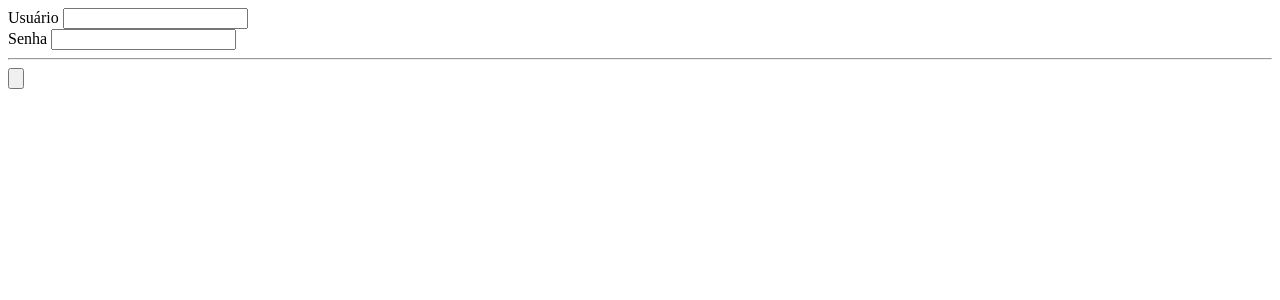
Repository: the-felipe/interfaceApiLivraria
Page: login.html
An editor plug-in stored every save of this project. The page is shown before and after a run of saves, followed by the edit.
The browser window is 1280 px wide. The pictures show the whole page.

Above is the page before, as saved 2023-07-20 20:46:44.

### login.html
<!DOCTYPE html>
<html lang="en">
<head>
    <meta charset="UTF-8">
    <meta name="viewport" content="width=device-width, initial-scale=1.0">
    <title>Login</title>

    <script src="token.js"></script>
</head>
<body>

    <form id="form" action="">
        <label for="username">Usuário</label>
        <input type="text" name="username" id="username">

        <br>

        <label for="password">Senha</label>
        <input type="password" name="password" id="password">

        <hr>

        <input type="submit" value="">
    </form>

</body>
</html>

### token.js
// salva o token no armazenamento local
function salvarToken(token) {
    localStorage.setItem("TOKEN", JSON.stringify(token))
}

// pega o token de volta
function pegarToken() {
    return JSON.parse(localStorage.getItem("TOKEN"))
}

// faz uma requisição GET pra URL usando o token
function getAutenticado(url) {
    const token = pegarToken()

    return fetch(url, {
        headers: {
            "Authorization": `Bearer ${token.access}`
        }
    })
}

// faz uma requisição POST pra URL usando o token
function postAutenticado(url, body) {
    const token = pegarToken()

    return fetch(url, {
        body: JSON.stringify(body),
        method: "POST",
        headers: {
            "Content-Type": "application/json",
            "Authorization": `Bearer ${token.access}`
        }
    })
}

// faz uma requisição PATCH pra URL usando o token
function patchAutenticado(url, body) {
    const token = pegarToken()

    return fetch(url, {
        body: JSON.stringify(body),
        method: "PATCH",
        headers: {
            "Content-Type": "application/json",
            "Authorization": `Bearer ${token.access}`
        }
    })
}

// faz uma requisição DELETE pra URL usando o token
function deleteAutenticado(url) {
    const token = pegarToken()

    return fetch(url, {
        method: "DELETE",
        headers: {
            "Authorization": `Bearer ${token.access}`
        }
    })
}

After the next 2 saves:
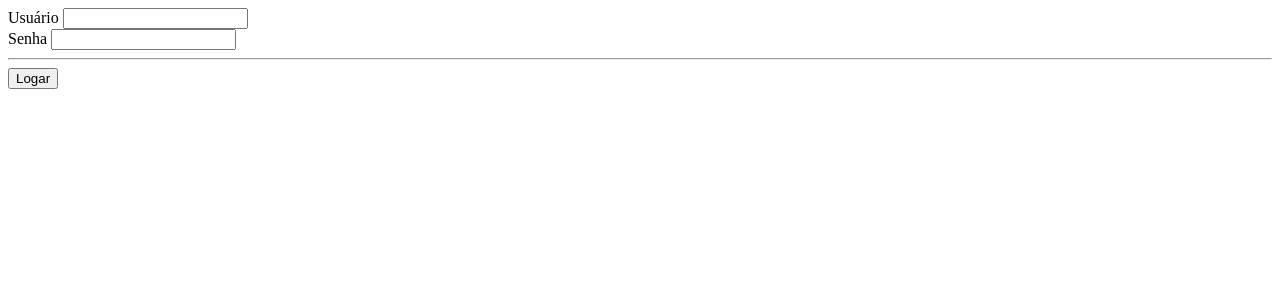
Console error: SyntaxError: Identifier 'form' has already been declared
The 2 saves are shown as one change because they came seconds apart.
The last was saved 17 s later.
--- a/login.html
+++ b/login.html
@@ -20,8 +20,16 @@
 
         <hr>
 
-        <input type="submit" value="">
+        <input type="submit" value="Logar">
     </form>
+
+    <script>
+
+        const form = document.getElementById("form")
+        const username = document.getElementById("username")
+        const form = document.getElementById("form")
+
+    </script>
 
 </body>
 </html>
